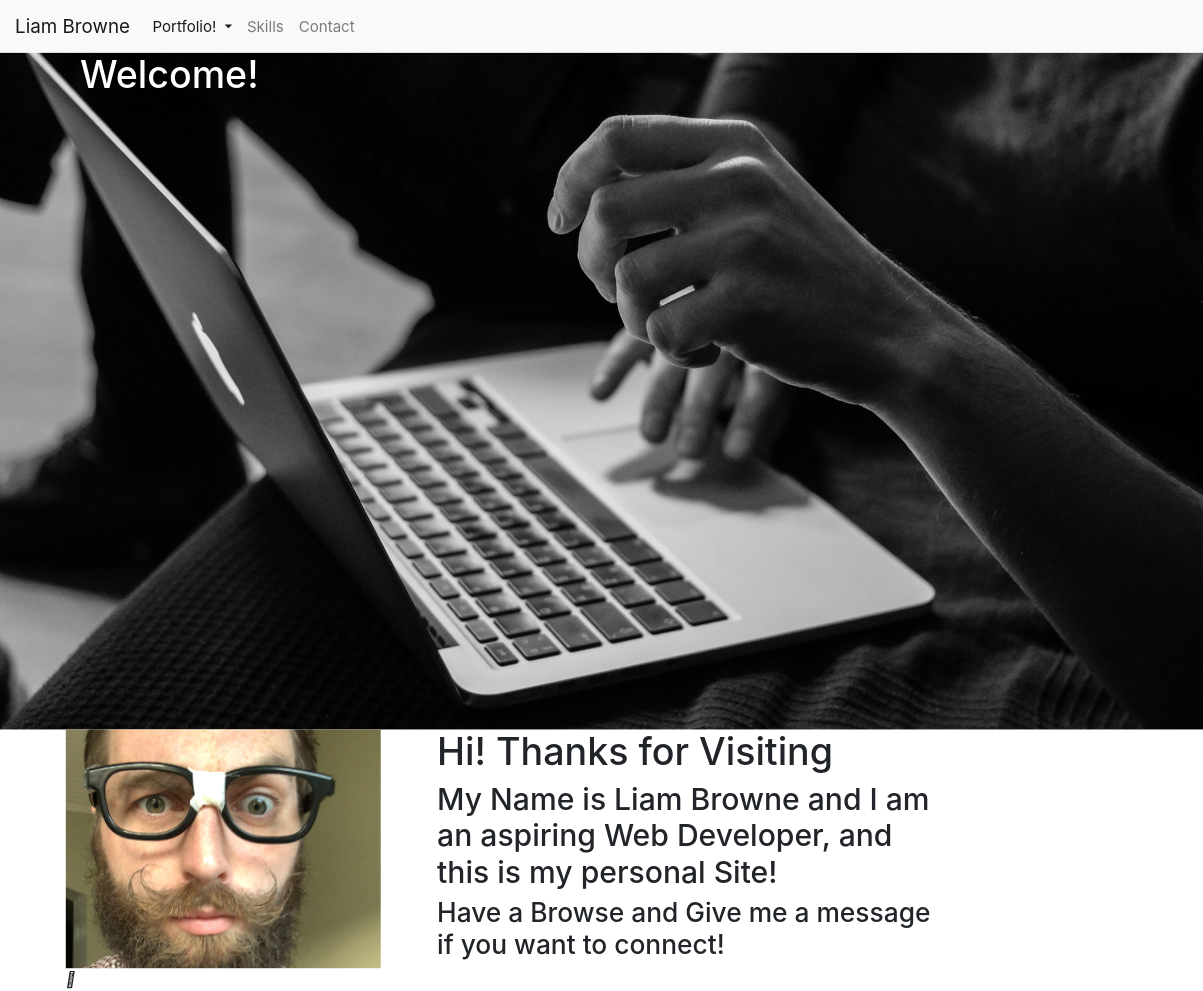
Repository: LiamB123/LiamBrowne.com.github.io
Page: index.html
The author's editor kept a record of every edit. The page is drawn from the files as they stood at one moment, then again after the next edit.
The browser window is 1280 px wide. The pictures show the whole page, at 94% of full size.
Backgrounds fixed to the window are drawn as part of the page.

Above is the page before.

### index.html
<!DOCTYPE html>
<html lang="en">

<head>
  <meta charset="UTF-8">
  <meta name="viewport" content="width=device-width, initial-scale=1.0">


  <meta http-equiv="X-UA-Compatible" content="ie=edge">

  <title>Liam Browne</title>

  <!--Boostrap Links for Css, Js and Jquery --->
  <link rel="stylesheet" href="https://stackpath.bootstrapcdn.com/bootstrap/4.4.1/css/bootstrap.min.css" integrity="sha384-Vkoo8x4CGsO3+Hhxv8T/Q5PaXtkKtu6ug5TOeNV6gBiFeWPGFN9MuhOf23Q9Ifjh" crossorigin="anonymous">

  <script src="https://code.jquery.com/jquery-3.4.1.slim.min.js" integrity="sha384-J6qa4849blE2+poT4WnyKhv5vZF5SrPo0iEjwBvKU7imGFAV0wwj1yYfoRSJoZ+n" crossorigin="anonymous"></script>
  <script src="https://cdn.jsdelivr.net/npm/popper.js@1.16.0/dist/umd/popper.min.js" integrity="sha384-Q6E9RHvbIyZFJoft+2mJbHaEWldlvI9IOYy5n3zV9zzTtmI3UksdQRVvoxMfooAo" crossorigin="anonymous"></script>
  <script src="https://stackpath.bootstrapcdn.com/bootstrap/4.4.1/js/bootstrap.min.js" integrity="sha384-wfSDF2E50Y2D1uUdj0O3uMBJnjuUD4Ih7YwaYd1iqfktj0Uod8GCExl3Og8ifwB6" crossorigin="anonymous"></script>

  <!--Boostrap Links for Font Awesome--->
  <link rel="stylesheet" href="https://stackpath.bootstrapcdn.com/font-awesome/4.7.0/css/font-awesome.min.css" type="text/css" />

  <link rel="stylesheet" href="static/css/custom.css" type="text/css" />

</head>

<body>


  <nav class="navbar navbar-expand-lg navbar-light bg-light">
    <a class="navbar-brand" href="index.html">Liam Browne </a>
    <button class="navbar-toggler" type="button" data-toggle="collapse" data-target="#navbarSupportedContent" aria-controls="navbarSupportedContent" aria-expanded="false" aria-label="Toggle navigation">
    <span class="navbar-toggler-icon"></span>
  </button>

    <div class="collapse navbar-collapse" id="navbarSupportedContent">
      <ul class="navbar-nav mr-auto">
        <li class="nav-item active nav-item dropdown">
          <a class="nav-link dropdown-toggle" href="" id="navbarDropdown" role="button" data-toggle="dropdown" aria-haspopup="true" aria-expanded="false">
          Portfolio!
        </a>
          <div class="dropdown-menu" aria-labelledby="navbarDropdown">
            <a class="dropdown-item" href="portfolio.html">Take me there!</a>
            <a class="dropdown-item" target="_blank" href="https://liams-the-store.herokuapp.com/">E-Commerce</a>
            <a class="dropdown-item" href="https://liams-booze.herokuapp.com/">Booze Clues</a>
            <div class="dropdown-divider"></div>
            <a class="dropdown-iitem" href="https://github.com/LiamB123/">
           Check out my GitHub</a>
          </div>
        </li>
        <a class="nav-link" href="Skills.html">Skills<span class="sr-only">(current)</span></a>
        </li>
        <li class="nav-item">
          <a class="nav-link" href="contact.html">Contact</a>
        </li>

      </ul>

    </div>
  </nav>
  <!----Masthead Section---->

  <section>
    <div id="title-img">
      <div class="container">


        <h1 class="white-lettering">
          Welcome!
        </h1>


      </div>
    </div>
  </section>
  <div class="container">
    <div class="row row-flex">
      <div id="liam-img" class="col-sm-4 col-md-4 col-lg-4 col-xl-4">


      </div>
      <div class="col-sm-6 col-md-6 col-lg-6 col-xl-6">
        <h1>Hi! Thanks for Visiting</h1>
        <h2>My Name is Liam Browne and I am an aspiring Web Developer, and this is my personal Site!</h2>
        <h3>Have a Browse and Give me a message if you want to connect!</h3>
      </div>
    </div>
    </section>
</body>

<footer>
  <div class="row">
    <div class="col-4-sm col-4-md col-4-lg">

      <i class="fab fa-twitter">

      </i>
    </div>
  </div>
  </div>
</footer>

</html>

### static/css/custom.css
/*Image Classes*/


#contact-img {
    min-height: 100vh;
    min-width: 100%;
    z-index: -1;
    background-image: url("../img/keyboard.jpg");
    background-repeat: no-repeat;
    background-position: center;
    background-attachment: fixed;
}


#title-img{
    background-attachment: fixed;
    background-image: url("../img/laptop.jpg");
    background-position: bottom;
    background-size: cover;
   min-height: 100vh;
    min-width: 100%;
    margin-bottom: 0px;
    z-index: -1;
}
#liam-img{
    background-attachment: fixed;
    background-repeat: no-repeat;
    background-image: url("../img/nerd.jpg");
    background-position: left;
    min-height:auto;
    min-width: auto;
    margin-bottom: 0px;
}

.white-lettering{
    color: white;
}


.vertical-align-center{
    padding-top:40%;
    text-align: center;
    padding-bottom: 20%;
}
.tall{
    height:10vh;
    font-size: 5vh;
}

After the next edit:
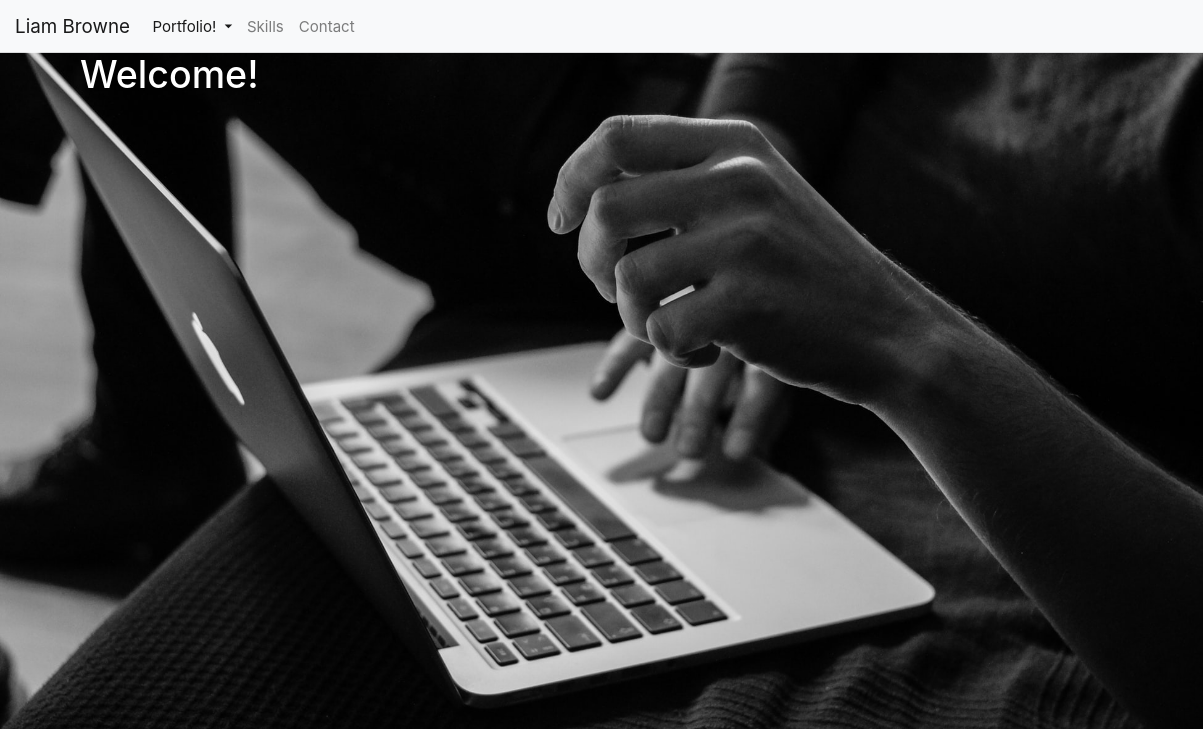
The edit:
--- a/index.html
+++ b/index.html
@@ -73,31 +73,7 @@
       </div>
     </div>
   </section>
-  <div class="container">
-    <div class="row row-flex">
-      <div id="liam-img" class="col-sm-4 col-md-4 col-lg-4 col-xl-4">
 
-
-      </div>
-      <div class="col-sm-6 col-md-6 col-lg-6 col-xl-6">
-        <h1>Hi! Thanks for Visiting</h1>
-        <h2>My Name is Liam Browne and I am an aspiring Web Developer, and this is my personal Site!</h2>
-        <h3>Have a Browse and Give me a message if you want to connect!</h3>
-      </div>
-    </div>
-    </section>
-</body>
-
-<footer>
-  <div class="row">
-    <div class="col-4-sm col-4-md col-4-lg">
-
-      <i class="fab fa-twitter">
-
-      </i>
-    </div>
-  </div>
-  </div>
 </footer>
 
 </html>
